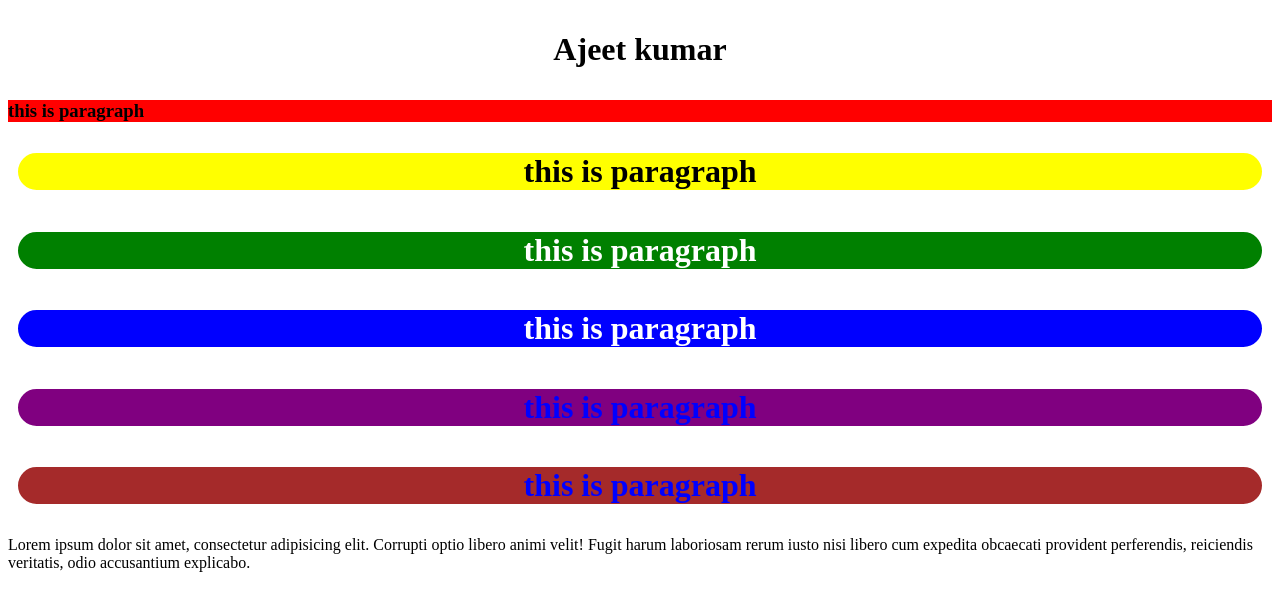
Repository: 1ShivamPandey/shivamajeetcodes
Page: index.html
The author's editor kept a copy of each file at every save. The page is drawn from the files as they stood at one save, then again after the next save.
The browser window is 1280 px wide. The pictures show the whole page.

Above is the page before, as saved 2020-09-16 22:05:57.

### index.html
<!DOCTYPE html>
<html lang="en">
  <head>
    <meta charset="UTF-8" />
    <meta name="viewport" content="width=device-width, initial-scale=1.0" />
    <title>Document</title>
  </head>

  <body>
    <h1><b >Ajeet kumar</b></h1>
    <h3 class="text-black" id="background-red">this is paragraph</h1>
    <h1 class="text-black" id="background-yellow">this is paragraph</h1>
    <h1 class="text-white" id="background-green">this is paragraph</h1>
    <h1 class="text-white" id="background-blue">this is paragraph</h1>
    <h1 class="text-blue" id="background-purple">this is paragraph</h1>
    <h1 class="text-blue" id="background-brown">this is paragraph</h1>
    <p>Lorem ipsum dolor sit amet, consectetur adipisicing elit. Corrupti
       optio libero animi velit! Fugit harum laboriosam rerum iusto nisi libero
       cum expedita obcaecati provident perferendis, reiciendis veritatis,
       odio accusantium explicabo.</p>
  </body>

  <style>
    h1 {
      border: 10px solid white;
      text-align: center;
      border-radius: 100px;
    }

    #background-red {
      background-color: red;
    }
    #background-yellow {
      background-color: yellow;
    }
    #background-green {
      background-color: green;
    }
    #background-blue {
      background-color: blue;
    }
    #background-purple {
      background-color: purple;
    }
    #background-brown {
      background-color: brown;
    }

    .text-black {
      color: black;
    }
    .text-white {
      color: white;
    }
    .text-blue {
      color: blue;
    }
  </style>
</html>

After the next save:
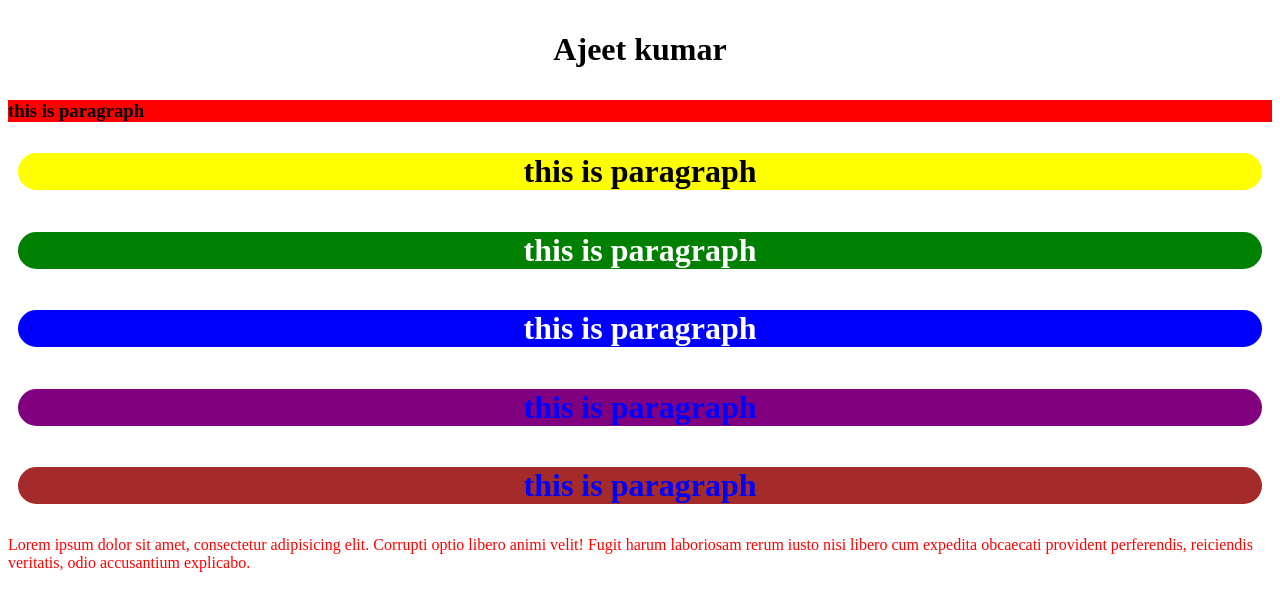
Saved 48 s later.
--- a/index.html
+++ b/index.html
@@ -21,6 +21,9 @@
   </body>
 
   <style>
+    p{
+      color: red;
+    }
     h1 {
       border: 10px solid white;
       text-align: center;
